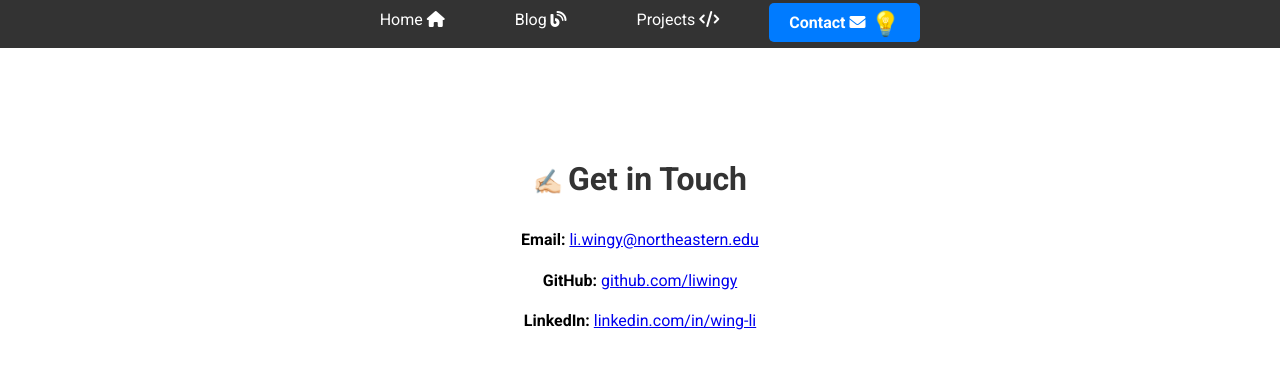
Repository: liwingy/cs5610_fall24_project1
Page: contact.html
These files come from the project's save history. The page is drawn as it stood at one moment and after the next save; the edit follows.
The browser window is 1280 px wide. The pictures show the whole page.

Above is the page before, as saved 2024-10-07 21:53:55.

After the next save:
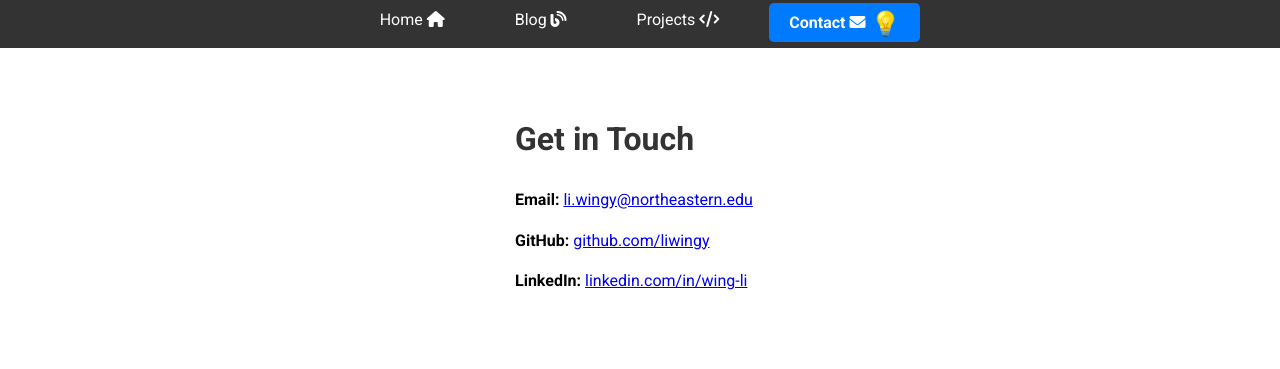
Saved 16 s later.
--- a/contact.html
+++ b/contact.html
@@ -18,7 +18,7 @@
         </ul>
     </nav>
     <main>
-        <section class="contact">
+        <section>
             <div class="grid">
                 <div class="about-section">
                     <h2>Get in Touch</h2>
